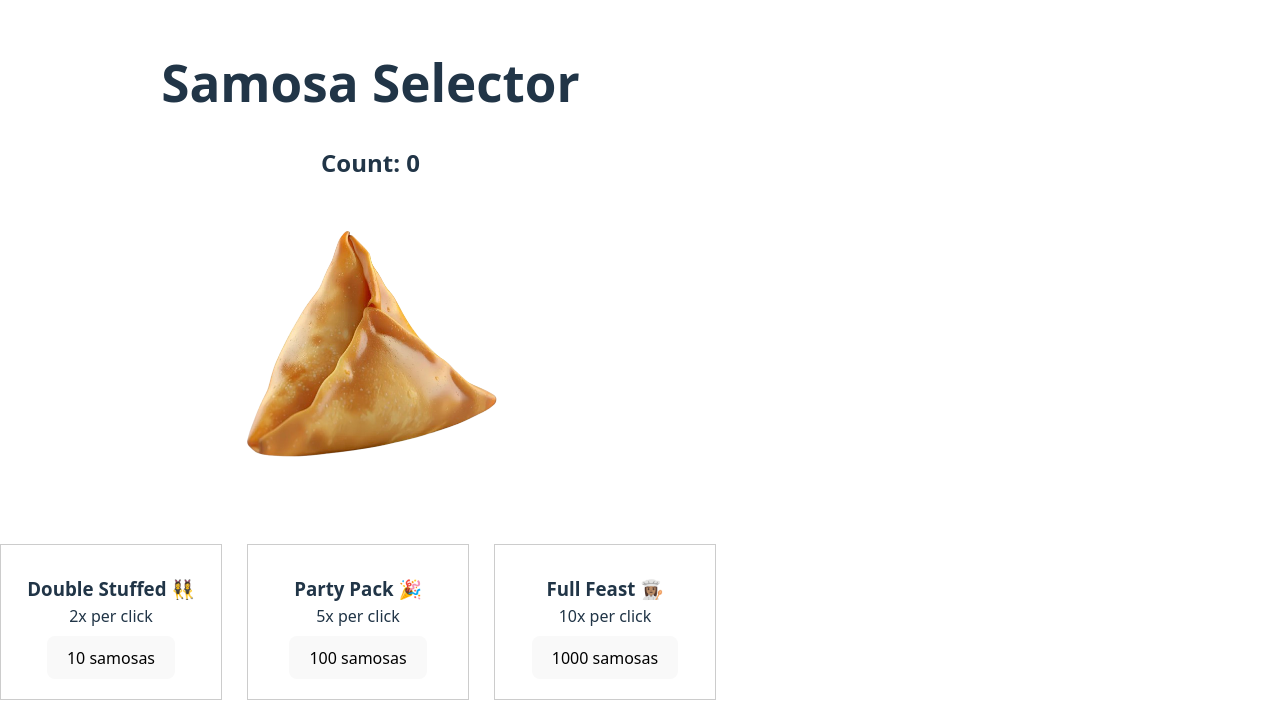
Repository: kvi1/Web102-Labs
Page: / (app in samosa-selector/)
These files come from the project's save history. The page is drawn as it stood at one moment and after the next save; the edit follows.
The browser window is 1280 px wide. The pictures show the whole page.
The project was rebuilt for these pictures with package versions that can differ from the ones it lists, and the page was loaded fresh each time. Also part of the build but not shown: samosa-selector/vite.config.js.

Above is the page before, as saved 2025-03-01 14:19:41.

### samosa-selector/src/App.jsx
import './App.css';
import React, {useState} from 'react'
import samosa from './samosa.png'

const App = () => {
  const [count, setCount] = useState(0);
  const [multiplier, setMultiplier] = useState(1);

  const updateCount = () =>{
    setCount(count + multiplier);
  }
  return(
    <div className = "App">
      <div className = "header">
        <h1>Samosa Selector</h1>
        <h2>Count: {count}</h2>
        <img className = "samosa" src = {samosa} onClick = {updateCount}></img>
      </div>
      <div className = "container">
        <div className = "upgrade">
          <h3>Double Stuffed 👯‍♀️</h3>
          <p>2x per click</p>
          <button>10 samosas</button>
        </div>

        <div className = "upgrade">
          <h3>Party Pack 🎉</h3>
          <p>5x per click</p>
          <button>100 samosas</button>
        </div>

        <div className = "upgrade">
          <h3>Full Feast 👩🏽‍🍳</h3>
          <p>10x per click</p>
          <button>1000 samosas</button>
        </div>

      </div>
    </div>
  )
}

export default App

### samosa-selector/src/App.css
.App{
  display:flex;
  flex-direction: column;
  align-items: center;
  justify-content: center;
  text-align: center;
}

.App .samosa{
  height: 15em;
  padding: 1.5em;
  margin: 0 auto;
  text-align: center;
  cursor: pointer;
}

.App .container{
  margin-top: 50px;
  display: flex;

}

.App .container .upgrade{
  border: 1px solid rgba(153, 153, 153, 0.497);
  padding-top: 20px;
  padding-bottom: 20px;
  padding-left: 10px;
  padding-right: 10px;
  margin-right: 25px;
  width: 200px;
  line-height: 0.5;

}

Loaded but not shown: samosa-selector/index.html (common file); samosa-selector/src/main.jsx (common file); samosa-selector/src/index.css (common file)

After the next save:
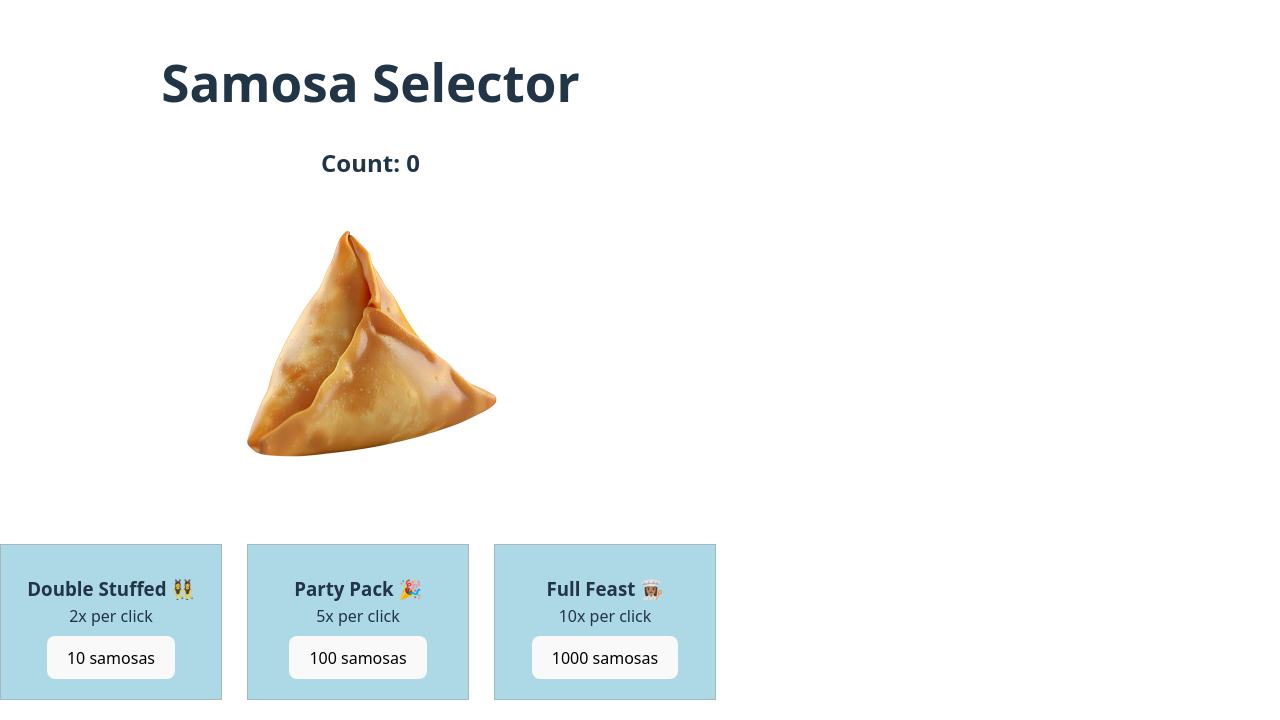
Saved 20 s later.
--- a/samosa-selector/src/App.css
+++ b/samosa-selector/src/App.css
@@ -29,5 +29,6 @@
   margin-right: 25px;
   width: 200px;
   line-height: 0.5;
+  background: lightblue;
 
 }
